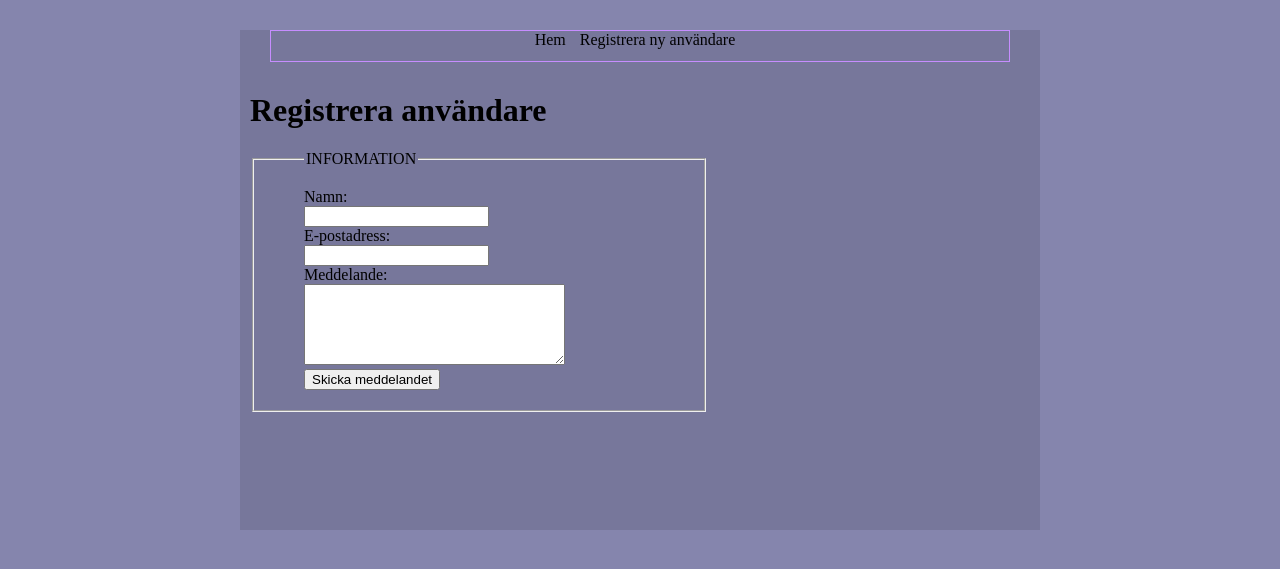
Repository: JuliaSivartsson/1DV404-jsigc09-laborationer
Page: Laboration3/Testfall2/reguser.html
The author's editor kept a record of every edit. The page is drawn from the files as they stood at one moment, then again after the next edit.
The browser window is 1280 px wide. The pictures show the whole page.

Above is the page before.
Console error: SyntaxError: Unexpected token ')'

### Laboration3/Testfall2/reguser.html
<!DOCTYPE html>
<html>
    <head>
        <meta charset="UTF-8">
        <link rel="stylesheet" type="text/css" href="css/style.css">
        <title>Testfall 2: Registrera användare</title>
    </head>
    <body>
        <div id="content">
            <ul id="meny">
                <li><a href="index.html">Hem</a></li>
                <li><a href="reguser.html">Registrera ny användare</a></li>
            </ul>
            <div id="main">
                <h1>Registrera användare</h1>

                <form name="kontaktform" id="kontaktform" method="post" action="">
                    <fieldset>
                    <legend>INFORMATION</legend>
                    <label for="namn">Namn:</label> <br />
                    <input type="text" name="namn" id="namn" /> <br />
                    <label for="epost1">E-postadress:</label> <br />
                    <input type="text" name="epost" id="epost" /> <br />
                    <label for="meddelande">Meddelande:</label> <br />
                    <textarea name="meddelande" id="meddelande" cols="30" rows="5"></textarea> <br />
                    <input type="submit" name="skicka" id="skicka" value="Skicka meddelandet" />
                    </fieldset>
                </form>

            </div>
        </div>
        <script src="js/script.js"></script>
    </body>
</html>

### Laboration3/Testfall2/css/style.css
body{
    background-color: #8585AD;
}

#content{
    background-color: rgba(0, 0, 0, 0.1);
    width: 800px;
    margin: 0 auto;
    height: 500px;
}

a:link { color: #000; text-decoration: none; }
a:visited { color: #000; text-decoration: none; }
a:hover { color: #999; }
a:active { text-decoration: underline;}#meny {
margin: 30px;
padding: 0;
list-style: none;
}
#meny li {
display: inline;
list-style-type: none;
padding: 0 10px 0 0;
}

ul{
    text-align: center;
    border: 1px solid #C68DFF;
    margin-top: 20px;
    height: 30px;
}

#main{
    margin: 10px;
}

.hidden{
    display: none;
}

#judgelist li{
    list-style: none;
}

#kontaktform fieldset {
    width: 400px;
    padding: 20px 0px 20px 50px;
}

### Laboration3/Testfall2/js/script.js
"use strict";

window.onload = function(){
    new Site();
};

function Site(){
    this.userObject = {};
    this.init();
}

Site.prototype.init = function() {
    console.log("Initierar programmet");

    this.createHTML();
};

Site.prototype.createHTML = function() {
    var content = document.getElementById("content");

    var name = document.getElementById("name");
    var age = document.getElementById("age");
    var mail = document.getElementById("mail");

    var that = this;

    var button = document.getElementById("register");
    button.onclick = function() {
      that.addUser(name.value, age.value, mail.value);
    };

    var showAll = document.createElement("button");
    showAll.className = "showAll";
    showAll.innerHTML = "Visa alla användare";
    showAll.onclick = function() {
        that.listAll();
    };

    content.appendChild(showAll);


};

Site.prototype.addUser = function(name, age, mail) {
    this.userObject.name = name;
    this.userObject.age = age;
    this.userObject.mail = mail;

        console.)lo(this.userObjectg;

};

Site.prototype.listAll = function() {
    console.log("Listar alla användare");

    if(this.userObject === undefined){
        return false;
    }
    else{
        console.log(this.userObject);
    }

};

After the next edit:
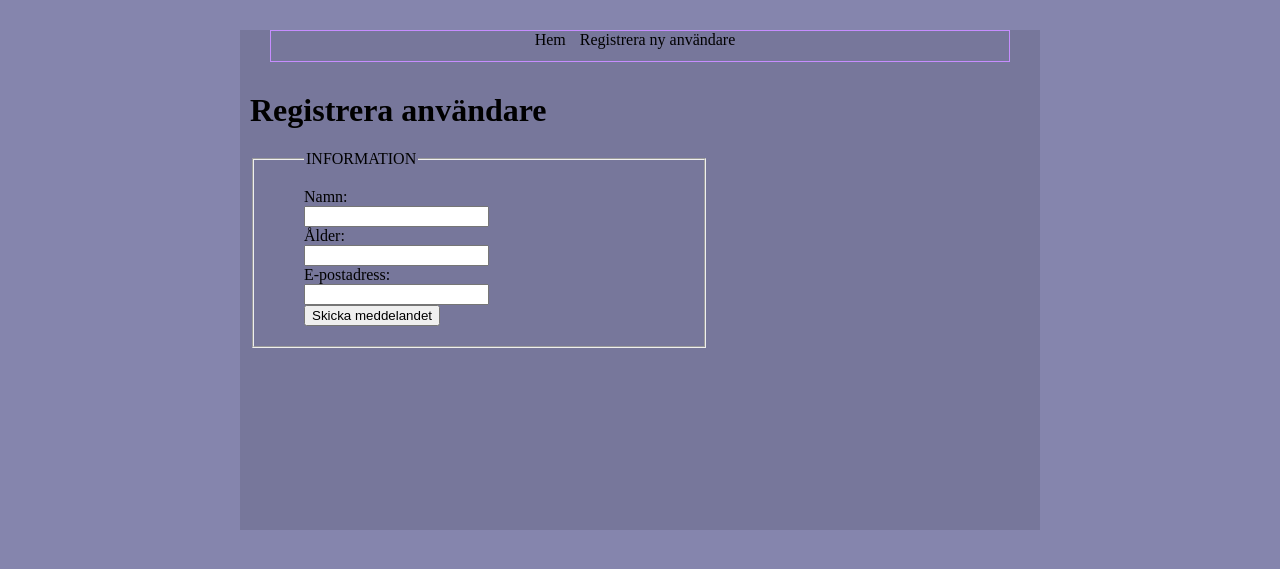
The edit:
--- a/Laboration3/Testfall2/reguser.html
+++ b/Laboration3/Testfall2/reguser.html
@@ -19,10 +19,10 @@
                     <legend>INFORMATION</legend>
                     <label for="namn">Namn:</label> <br />
                     <input type="text" name="namn" id="namn" /> <br />
+                    <label for="meddelande">Ålder:</label> <br />
+                    <input type="text" name="namn" id="age" /> <br />
                     <label for="epost1">E-postadress:</label> <br />
                     <input type="text" name="epost" id="epost" /> <br />
-                    <label for="meddelande">Meddelande:</label> <br />
-                    <textarea name="meddelande" id="meddelande" cols="30" rows="5"></textarea> <br />
                     <input type="submit" name="skicka" id="skicka" value="Skicka meddelandet" />
                     </fieldset>
                 </form>
